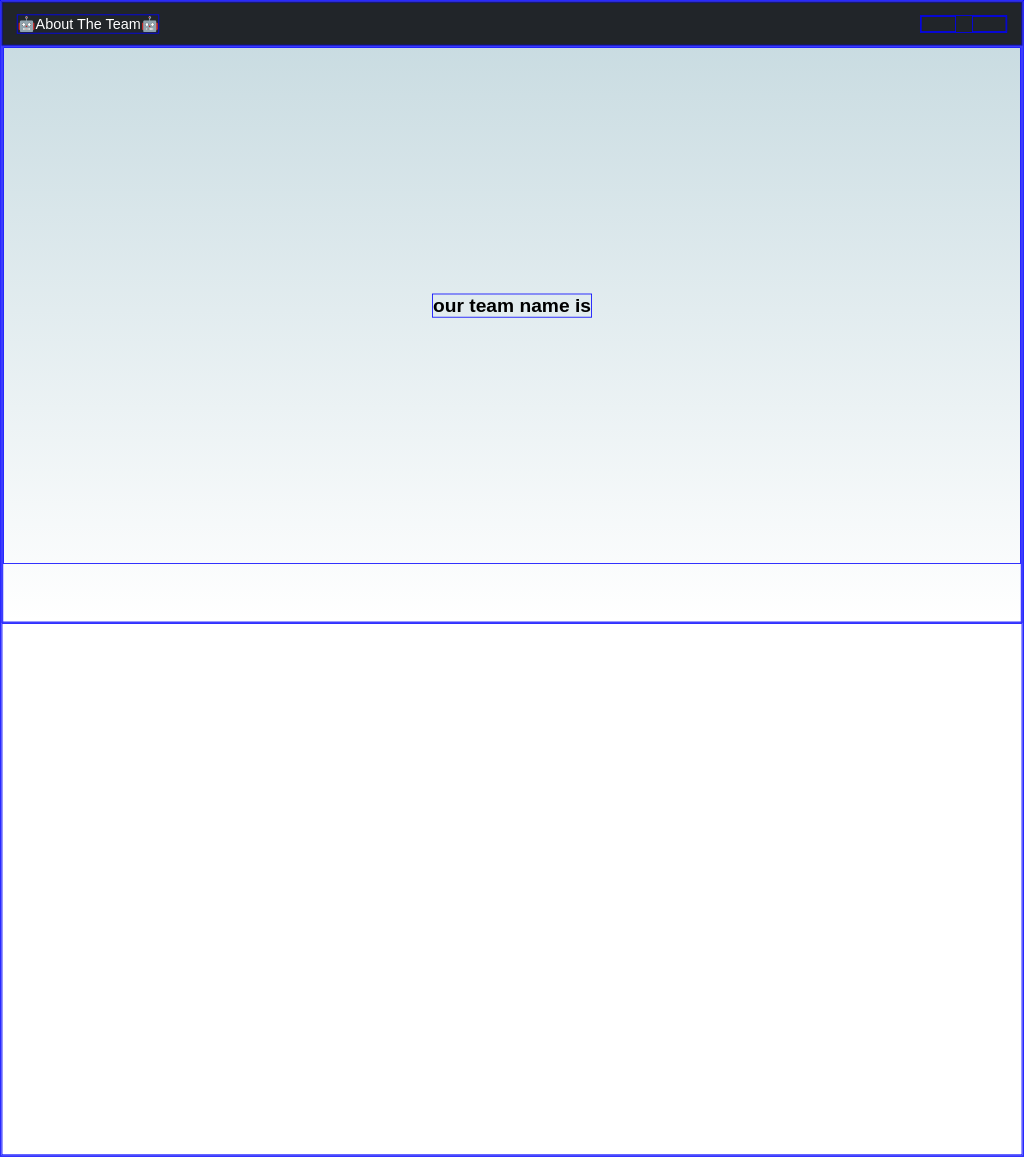
Repository: ammarsetiawan/gps-traker
Page: about.html
These files come from the project's save history. The page is drawn as it stood at one moment and after a run of saves; the edit follows.
The browser window is 1280 px wide. The pictures show the whole page, at 80% of full size.

Above is the page before, as saved 2025-11-25 17:10:24.

### about.html
<!DOCTYPE html>
<html lang="en">

<head>
    <meta charset="UTF-8">
    <meta name="viewport" content="width=device-width, initial-scale=1.0">
    <title>GPS Tracking</title>
    <link rel="stylesheet" href="https://unpkg.com/leaflet/dist/leaflet.css" />


</head>
<style>
    * {
        margin: 0;
        padding: 0;
        box-sizing: border-box;
        font-family: Arial, sans-serif;
        border: blue 1px solid;
    }

    body {
        background: #fff;
    }

    /* NAVBAR */
    nav {
        background-color: #212529;
        height: 55px;
        display: flex;
        align-items: center;
        padding: 0 18px;
        position: relative;
    }

    nav .brand {
        font-size: 18px;
        font-weight: 500;
        color: white;
    }

    nav ul {
        list-style: none;
        display: flex;
        gap: 20px;
        margin-left: auto;
    }

    nav ul li a {
        text-decoration: none;
        color: rgba(255, 255, 255, 0.8);
        font-size: 15px;
        transition: .2s;
        opacity: 0;
    }

    nav ul li a:hover {
        color: white;
        opacity: 1;
    }

    /* ----- style page ----- */

    .background {
        background: linear-gradient(to bottom, rgba(73, 136, 155, 0.295), rgba(92, 92, 88, 0));
        width: 100%;
        height: 100dvh;
    }

    .container {
        height: 90%;
        display: flex;
        justify-content: center;
        align-items: center;
    }

    #menuBtn {
        display: none;
        margin-left: auto;
        background: transparent;
        border: 1px solid rgba(255, 255, 255, 0.5);
        padding: 6px 10px;
        border-radius: 6px;
        cursor: pointer;
    }

    #menuBtn div {
        width: 18px;
        height: 2px;
        background: white;
        margin: 4px 0;
        transition: .3s;

    }

    /* ----- Responsive menu collapse ----- */
    @media (max-width: 768px) {
        nav ul {
            position: absolute;
            top: 55px;
            right: 0;
            background: #212529;
            width: 160px;
            flex-direction: column;
            padding: 10px;
            display: none;
            border-bottom-left-radius: 10px;
        }

        #menuBtn {
            display: block;

        }
    }

    /* Map area (placeholder section) */
    #content {
        height: calc(100vh - 55px);
        width: 100%;
        background: white;
    }
</style>

<body>

    <nav>
        <h2 class="brand">🤖About The Team🤖 </h2>

        <button id="menuBtn">
            <div></div>
            <div></div>
            <div></div>
        </button>

        <ul id="menu">
            <li><a href="index.html">Home</a></li>
            <li><a href="#">About</a></li>
        </ul>
    </nav>
    <section class="bg">
        <div class="background">
            <div class="container">
                <h1>our team name is</h1>
            </div>
        </div>
    </section>

    <div id="content"></div> <!-- ini nanti bisa jadi map atau konten lain -->

    <script>
        const btn = document.getElementById("menuBtn");
        const menu = document.getElementById("menu");
        let open = false;

        btn.addEventListener("click", () => {
            open = !open;
            menu.style.display = open ? "flex" : "none";
            menu.style.opacity = "0.8";
            menu.style.transition = "ease-in-out 1s"
        });
    </script>

</body>

</html>

After the next 7 saves:
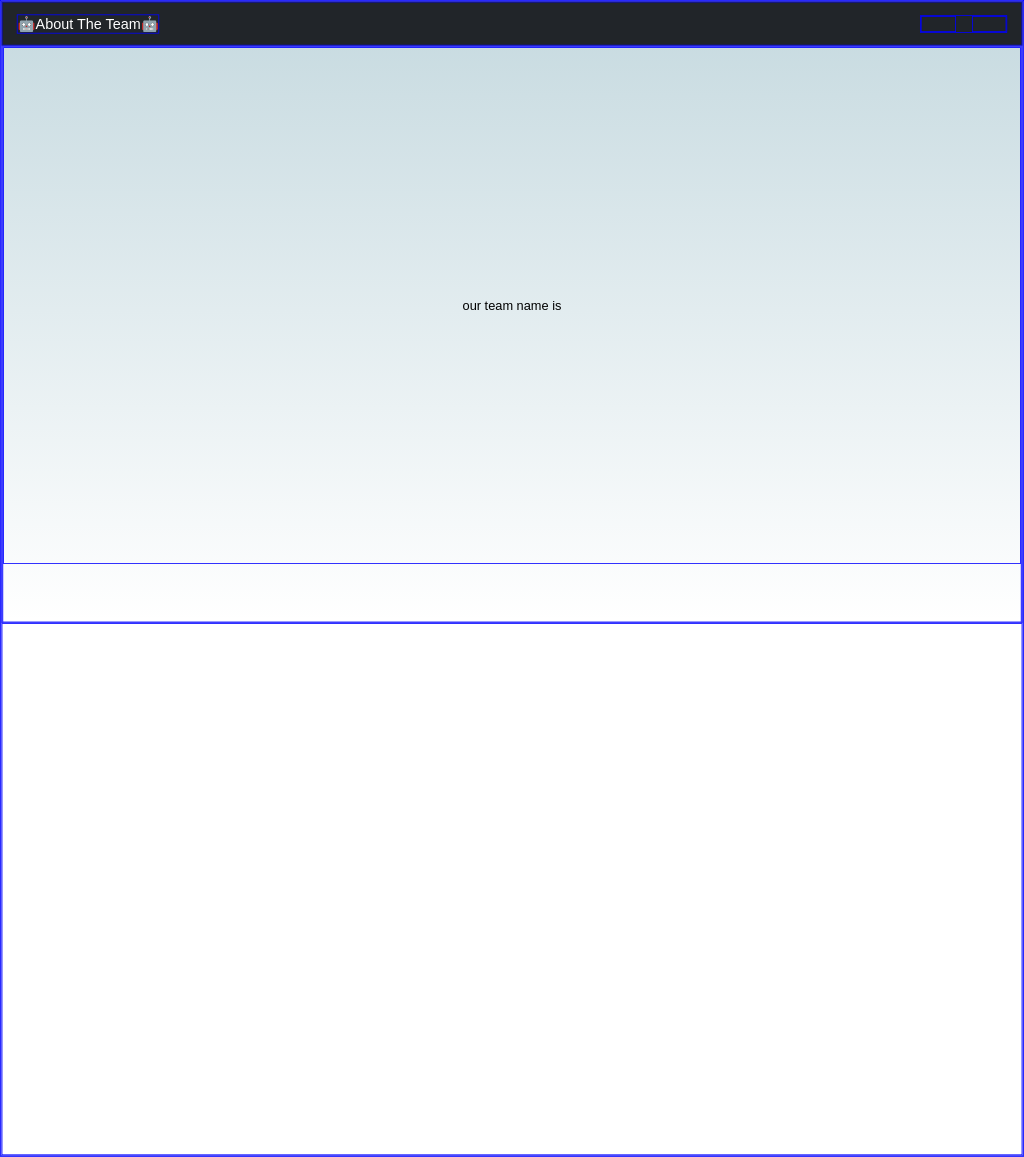
The 7 saves are shown as one change because they came seconds apart.
The last was saved 21 s later.
--- a/about.html
+++ b/about.html
@@ -139,7 +139,7 @@
     <section class="bg">
         <div class="background">
             <div class="container">
-                <h1>our team name is</h1>
+                our team name is
             </div>
         </div>
     </section>
